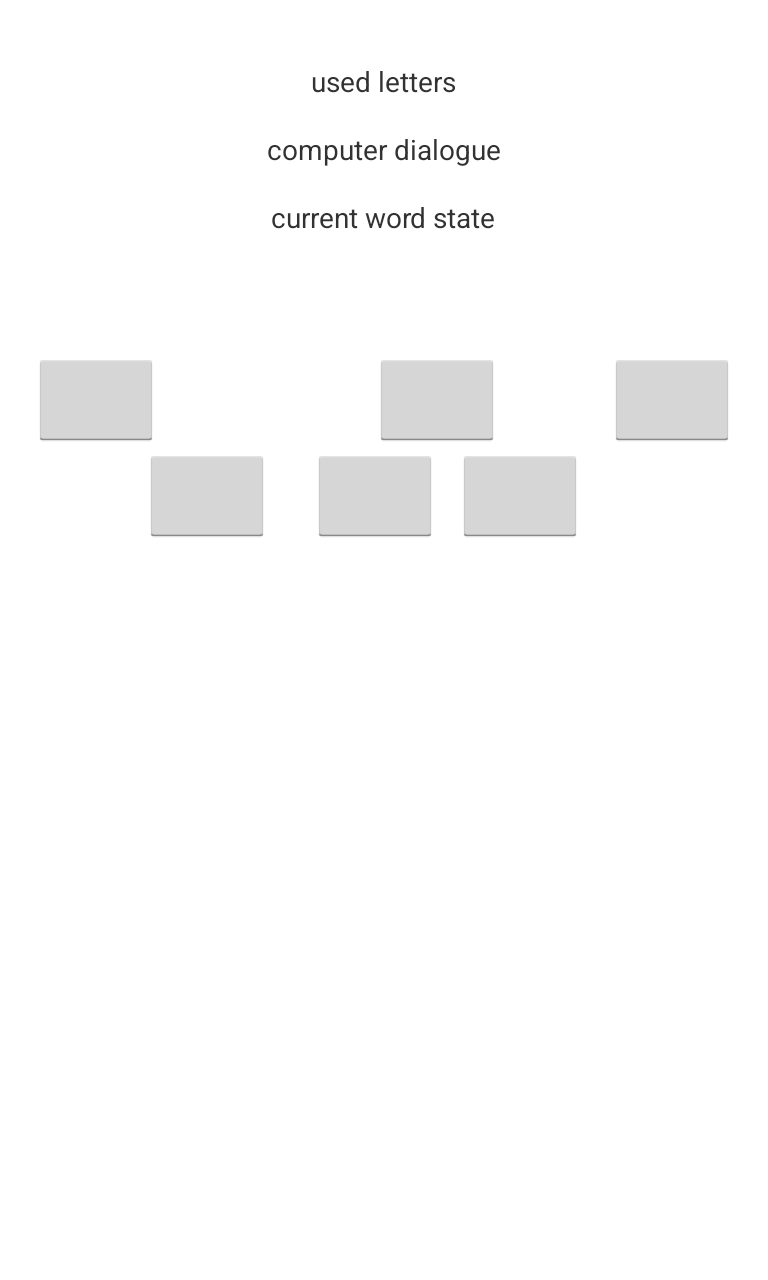
Repository: svandenhout/EvilSpaceMonsterHangman
Layout: evilSpaceMonsterHangman/res/layout/activity_main.xml
An editor plug-in stored every save of this project. The layout is shown before and after the next save, followed by the edit.
It is drawn on a 768 x 1280 px phone screen (xhdpi) without system bars, with theme AppTheme; the app's code is not run.

Above is the layout before, as saved 2013-12-16 12:40:59.

### evilSpaceMonsterHangman/res/layout/activity_main.xml
<RelativeLayout xmlns:android="http://schemas.android.com/apk/res/android"
              xmlns:tools="http://schemas.android.com/tools"
              android:layout_width="match_parent"
              android:layout_height="match_parent"
              android:paddingLeft="@dimen/activity_horizontal_margin"
              android:paddingRight="@dimen/activity_horizontal_margin"
              android:paddingTop="@dimen/activity_vertical_margin"
              android:paddingBottom="@dimen/activity_vertical_margin"
              tools:context=".MainActivity"
              android:orientation="vertical">

    <TextView
            android:id="@+id/usedLetters"
            android:layout_width="wrap_content"
            android:layout_height="wrap_content"
            android:text="@string/used_letters"
            android:layout_centerHorizontal="true"
            android:layout_marginTop="15dp"/>

    <TextView
            android:id="@+id/computerDialogue"
            android:layout_width="wrap_content"
            android:layout_height="wrap_content"
            android:layout_centerHorizontal="true"
            android:text="@string/computer_dialogue"
            android:layout_below="@+id/usedLetters"
            android:layout_marginTop="15dp"/>

    <TextView
            android:id="@+id/currentWordState"
            android:layout_width="wrap_content"
            android:layout_height="wrap_content"
            android:layout_below="@id/computerDialogue"
            android:text="@string/current_word_state"
            android:layout_centerHorizontal="true"
            android:layout_marginTop="15dp"/>

    <Button
        android:id="@+id/eye_1"
        android:layout_width="wrap_content"
        android:layout_height="wrap_content"
        android:layout_alignBaseline="@+id/eye_3"
        android:layout_alignBottom="@+id/eye_3"
        android:layout_toRightOf="@+id/usedLetters"
        android:onClick="eyePress" />

    <Button
        android:id="@+id/eye_2"
        android:layout_width="wrap_content"
        android:layout_height="wrap_content"
        android:layout_above="@+id/eye_1"
        android:layout_alignParentRight="true"
        android:onClick="eyePress" />

    <Button
        android:id="@+id/eye_4"
        android:layout_width="wrap_content"
        android:layout_height="wrap_content"
        android:layout_above="@+id/eye_1"
        android:layout_alignRight="@+id/computerDialogue"
        android:onClick="eyePress" />

    <Button
        android:id="@+id/eye_6"
        android:layout_width="wrap_content"
        android:layout_height="wrap_content"
        android:layout_alignParentLeft="true"
        android:layout_below="@+id/currentWordState"
        android:layout_marginTop="58dp"
        android:onClick="eyePress" />

    <Button
        android:id="@+id/eye_5"
        android:layout_width="wrap_content"
        android:layout_height="wrap_content"
        android:layout_below="@+id/eye_6"
        android:layout_toLeftOf="@+id/currentWordState"
        android:onClick="eyePress" />

    <Button
        android:id="@+id/eye_3"
        android:layout_width="wrap_content"
        android:layout_height="wrap_content"
        android:layout_alignBaseline="@+id/eye_5"
        android:layout_alignBottom="@+id/eye_5"
        android:layout_alignLeft="@+id/usedLetters"
        android:onClick="eyePress" />

</RelativeLayout>

### evilSpaceMonsterHangman/res/values/strings.xml
<?xml version="1.0" encoding="utf-8"?>
<resources>

    <string name="app_name" >Hangman
    </string>

    <!-- settings & preferences -->
    <string name="hi_scores" >hi-scores
    </string>
    <string name="settings" >settings
    </string>
    <string name="reset" >reset game
    </string>

    <string name="title_user_name" >user name
    </string>
    <string name="title_word_length">word length
    </string>
    <string name="title_amount_of_turns">amount of turns
    </string>
    <string name="title_evil_mode">Evil Mode
    </string>

    <string name="summary_user_name">set your user name here
    </string>
    <string name="summary_word_length">set the length of the words that you want to use
    </string>
    <string name="summary_amount_of_turns">set the amount of turns until you lose
    </string>
    <string name="summary_evil_mode">Start playing Evil Mode, You will not win
    </string>

    <string name="dialog_user_name" >user name:
    </string>
    <string name="dialog_word_length">word length:
    </string>
    <string name="dialog_amount_of_turns">amount of turns:
    </string>
    <string name="dialog_evil_mode">Evil Mode?
    </string>


    <!-- game ui -->
    <string name="current_word" >current word
    </string>
    <string name="current_word_state" >current word state
    </string>
    <string name="used_letters" >used letters
    </string>
    <string name="computer_dialogue">computer dialogue</string>
    <string name="button_text">a</string>

    <!-- game states -->
    <string name="game_won">game won
    </string>
    <string name="game_lost">game lost
    </string>

    <!-- computer monologue -->
    <string name="cmonologue_start">Pick a letter to start playing</string>
    <string name="cmonologue_used">This letter has already been used, try again</string>
    <string name="cmonologue_invalid">WHAT THE HELL IS THAT!?, try another one</string>
    <string name="cmonologue_wrong">Wrong guess, pick again</string>
    <string name="cmonologue_correct">Lucky, why don\'t you try again?</string>
    <string name="cmonologue_won">:((</string>
    <string name="cmonologue_lost">:-)</string>
</resources>

Loaded but not shown: evilSpaceMonsterHangman/res/values/styles.xml (common file); evilSpaceMonsterHangman/res/values-v11/styles.xml (common file); evilSpaceMonsterHangman/res/values-v14/styles.xml (common file); evilSpaceMonsterHangman/res/values/dimens.xml (common file)

After the next save:
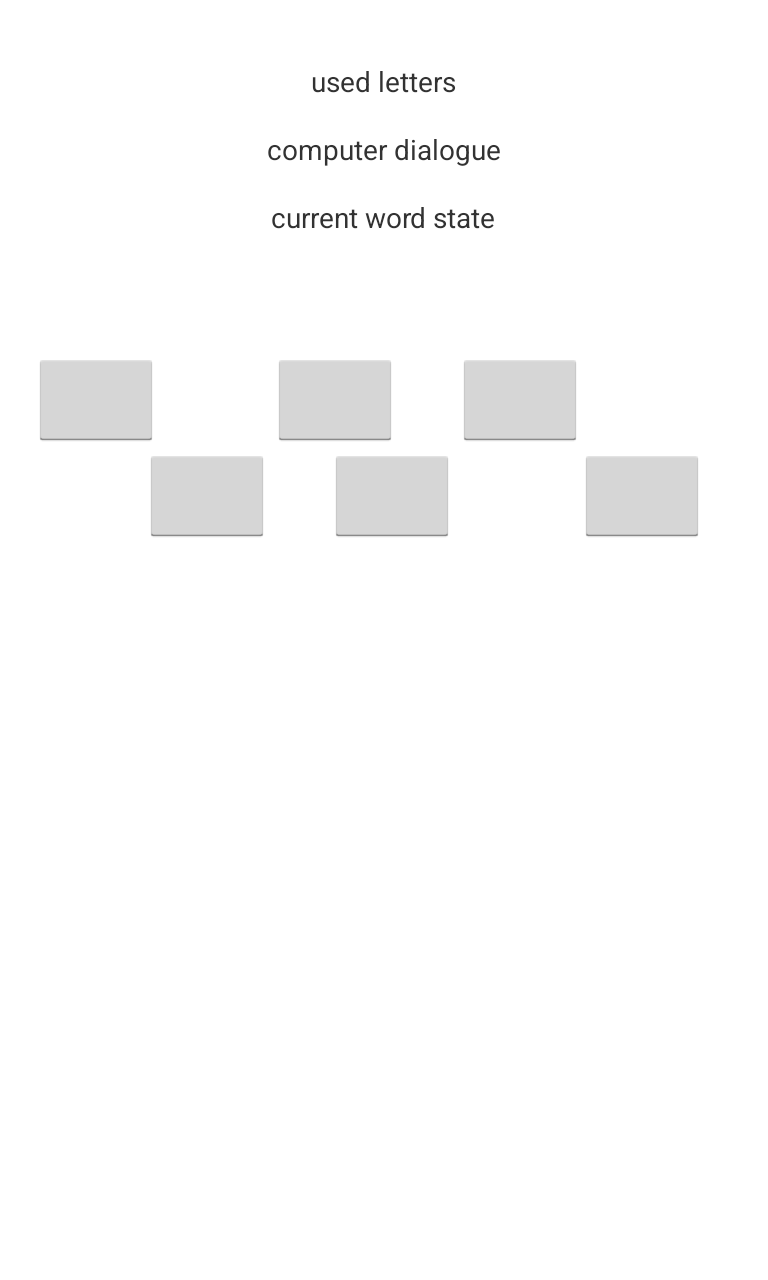
Saved 69 s later.
--- a/evilSpaceMonsterHangman/res/layout/activity_main.xml
+++ b/evilSpaceMonsterHangman/res/layout/activity_main.xml
@@ -36,31 +36,6 @@
             android:layout_marginTop="15dp"/>
 
     <Button
-        android:id="@+id/eye_1"
-        android:layout_width="wrap_content"
-        android:layout_height="wrap_content"
-        android:layout_alignBaseline="@+id/eye_3"
-        android:layout_alignBottom="@+id/eye_3"
-        android:layout_toRightOf="@+id/usedLetters"
-        android:onClick="eyePress" />
-
-    <Button
-        android:id="@+id/eye_2"
-        android:layout_width="wrap_content"
-        android:layout_height="wrap_content"
-        android:layout_above="@+id/eye_1"
-        android:layout_alignParentRight="true"
-        android:onClick="eyePress" />
-
-    <Button
-        android:id="@+id/eye_4"
-        android:layout_width="wrap_content"
-        android:layout_height="wrap_content"
-        android:layout_above="@+id/eye_1"
-        android:layout_alignRight="@+id/computerDialogue"
-        android:onClick="eyePress" />
-
-    <Button
         android:id="@+id/eye_6"
         android:layout_width="wrap_content"
         android:layout_height="wrap_content"
@@ -78,12 +53,37 @@
         android:onClick="eyePress" />
 
     <Button
+        android:id="@+id/eye_4"
+        android:layout_width="wrap_content"
+        android:layout_height="wrap_content"
+        android:layout_above="@+id/eye_3"
+        android:layout_alignLeft="@+id/currentWordState"
+        android:onClick="eyePress" />
+
+    <Button
+        android:id="@+id/eye_1"
+        android:layout_width="wrap_content"
+        android:layout_height="wrap_content"
+        android:layout_above="@+id/eye_3"
+        android:layout_toRightOf="@+id/usedLetters"
+        android:onClick="eyePress" />
+
+    <Button
+        android:id="@+id/eye_2"
+        android:layout_width="wrap_content"
+        android:layout_height="wrap_content"
+        android:layout_alignParentRight="true"
+        android:layout_below="@+id/eye_1"
+        android:layout_marginRight="15dp"
+        android:onClick="eyePress" />
+
+    <Button
         android:id="@+id/eye_3"
         android:layout_width="wrap_content"
         android:layout_height="wrap_content"
         android:layout_alignBaseline="@+id/eye_5"
         android:layout_alignBottom="@+id/eye_5"
-        android:layout_alignLeft="@+id/usedLetters"
+        android:layout_toLeftOf="@+id/eye_1"
         android:onClick="eyePress" />
 
 </RelativeLayout>
